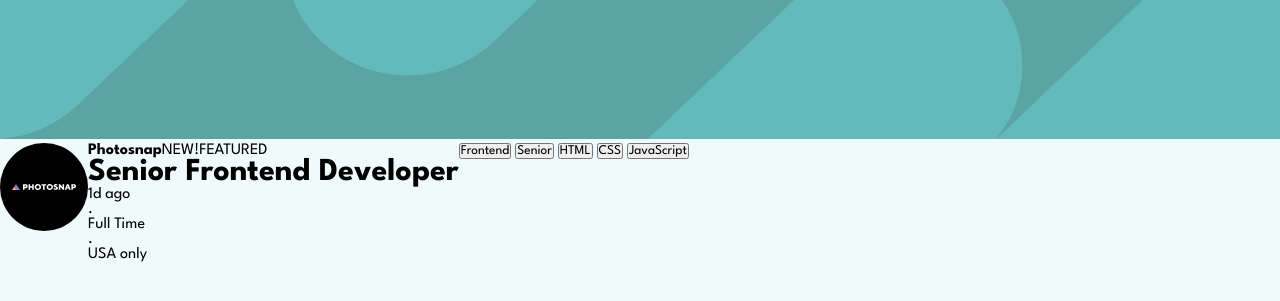
Repository: Eldream12/JobListing
Page: index.html
An editor plug-in stored every save of this project. The page is shown before and after a run of saves, followed by the edit.
The browser window is 1280 px wide. The pictures show the whole page.

Above is the page before, as saved 2025-03-31 10:53:21.

After the next 5 saves:
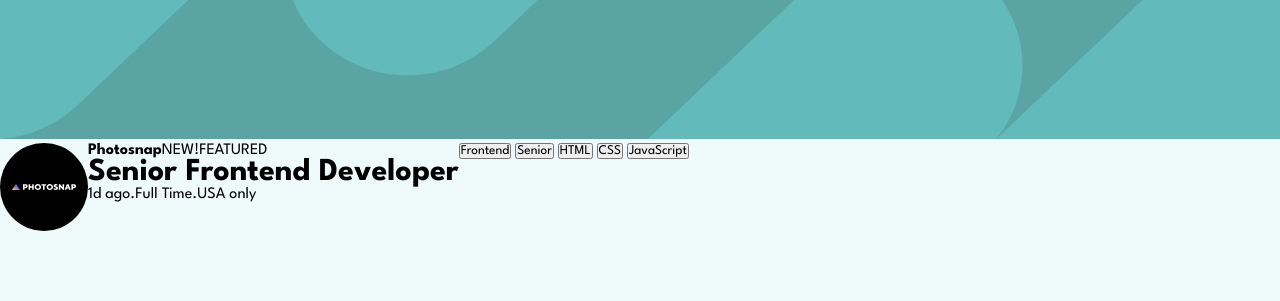
The 5 saves are shown as one change because they came seconds apart.
The last was saved 23 s later.
--- a/style/style.css
+++ b/style/style.css
@@ -24,4 +24,6 @@ header img {
   display: flex;
 }
 
-.content-carrier .content
+.content-carrier .content .txt-3 {
+  display: flex;
+}
